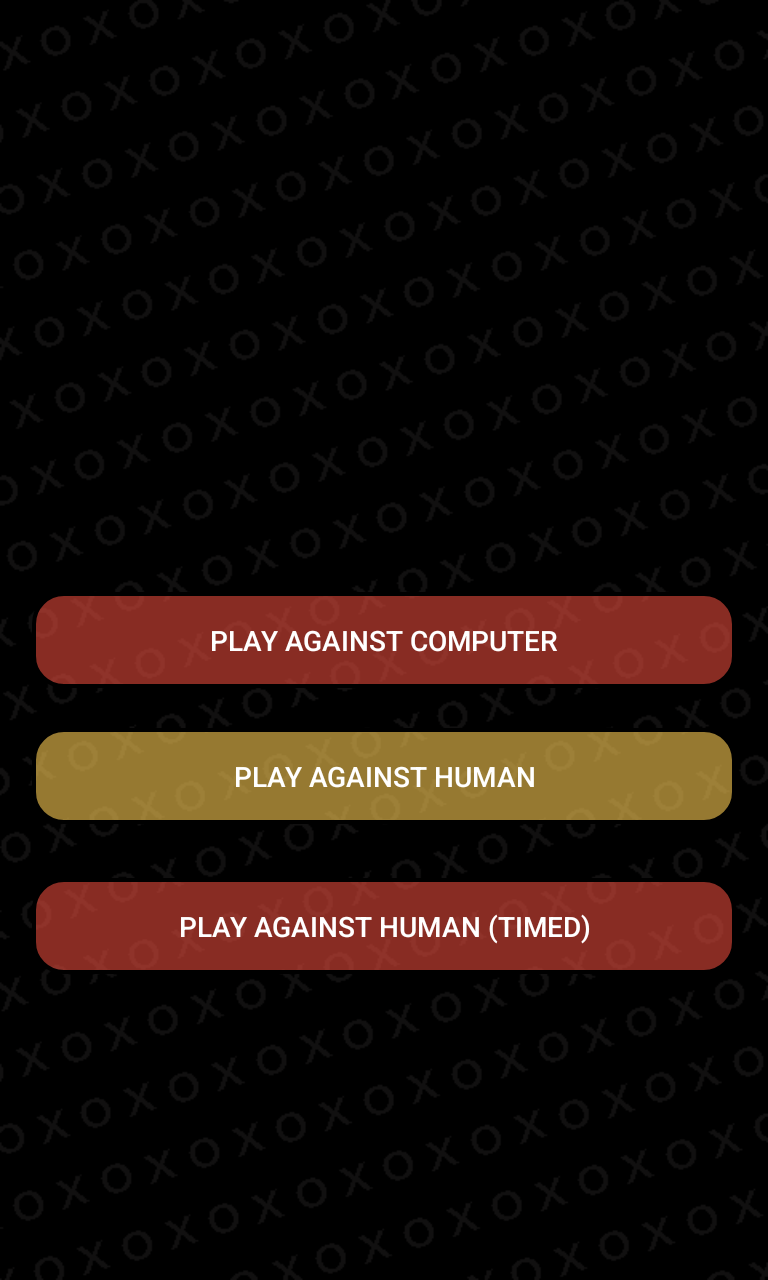
Repository: Dsupreme/MC_tictactoe
Layout: basicgrid/res/layout/activity_game_mode.xml
An editor plug-in stored every save of this project. The layout is shown before and after the next save, followed by the edit.
It is drawn on a 768 x 1280 px phone screen (xhdpi) without system bars, with theme AppTheme; the app's code is not run.

Above is the layout before, as saved 2014-12-02 06:45:43.

### basicgrid/res/layout/activity_game_mode.xml
<RelativeLayout xmlns:android="http://schemas.android.com/apk/res/android"
    xmlns:tools="http://schemas.android.com/tools"
    android:layout_width="match_parent"
    android:layout_height="match_parent"
    android:paddingBottom="@dimen/activity_vertical_margin"
    android:paddingLeft="@dimen/activity_horizontal_margin"
    android:paddingRight="@dimen/activity_horizontal_margin"
    android:paddingTop="@dimen/activity_vertical_margin"
    android:background="@drawable/wallpaper5"
    tools:context="com.example.basicgrid.DisplayMessageActivity" >

    <TextView
        android:id="@+id/declareWinner"
        android:layout_width="fill_parent"
        android:layout_height="wrap_content"
        android:layout_above="@+id/rematch"
        android:layout_marginBottom="20dp"
        android:textColor="#FFF"
        android:gravity="center" />

    <Button
        android:id="@+id/singlePlayer"
        android:layout_width="match_parent"
        android:layout_height="wrap_content"
        android:layout_centerVertical="true"
        android:background="@drawable/button_states_peach"
        android:text="Play Against Computer"
        android:layout_marginBottom="20dp"
        android:textColor="#FFF"/>

    <Button
        android:id="@+id/multiPlayerTimed"
        android:layout_width="match_parent"
        android:layout_height="wrap_content"
        android:layout_alignLeft="@+id/multiPlayer"
        android:layout_below="@+id/multiPlayer"
        android:layout_marginTop="27dp"
        android:background="@drawable/button_states_peach"
        android:gravity="center"
        android:text="Play Against Human (Timed)"
        android:textColor="#FFF" />

    <Button
        android:id="@+id/multiPlayer"
        android:layout_width="match_parent"
        android:layout_height="wrap_content"
        android:layout_alignLeft="@+id/singlePlayer"
        android:layout_below="@+id/singlePlayer"
        android:background="@drawable/button_states_yellow"
        android:gravity="center"
        android:text="Play Against Human"
        android:textColor="#FFF" />

</RelativeLayout>

### basicgrid/res/drawable/button_states_peach.xml
<?xml version="1.0" encoding="utf-8"?>
<selector xmlns:android="http://schemas.android.com/apk/res/android">
    <item android:drawable="@drawable/custom_button_peach_pressed"
          android:state_pressed="true" />
    <item android:drawable="@drawable/custom_button_peach_pressed"
          android:state_focused="true" />
    <item android:drawable="@drawable/custom_button_peach" />
</selector>

### basicgrid/res/drawable/button_states_yellow.xml
<?xml version="1.0" encoding="utf-8"?>
<selector xmlns:android="http://schemas.android.com/apk/res/android">
    <item android:drawable="@drawable/custom_button_yellow_pressed"
          android:state_pressed="true" />
    <item android:drawable="@drawable/custom_button_yellow_pressed"
          android:state_focused="true" />
    <item android:drawable="@drawable/custom_button_yellow" />
</selector>

### basicgrid/res/drawable/custom_button_yellow_pressed.xml
<?xml version="1.0" encoding="utf-8"?>
<layer-list xmlns:android="http://schemas.android.com/apk/res/android" >
    <item android:left="0dp" android:right="0dp"  android:top="0dp"  android:bottom="0dp">
    <shape android:shape="rectangle" >
        <solid android:color="#ffce54"/>
        <corners android:radius="15dp"></corners>
		<padding android:top="7dp" android:bottom="7dp" android:right="7dp" android:left="7dp"/>
    	<stroke android:width="2dp" android:color="#000" />

    </shape>
    </item>
</layer-list>
<!-- #96cca443 -->

### basicgrid/res/drawable/custom_button_yellow.xml
<?xml version="1.0" encoding="utf-8"?>
<layer-list xmlns:android="http://schemas.android.com/apk/res/android" >
    <item android:left="0dp" android:right="0dp"  android:top="0dp"  android:bottom="0dp">
    <shape android:shape="rectangle" >
        <solid android:color="#96ffce54"/>
        <corners android:radius="15dp"></corners>
		<padding android:top="7dp" android:bottom="7dp" android:right="7dp" android:left="7dp"/>
    	<stroke android:width="2dp" android:color="#000" />

    </shape>
    </item>
</layer-list>

### basicgrid/res/drawable/custom_button_peach_pressed.xml
<?xml version="1.0" encoding="utf-8"?>
<layer-list xmlns:android="http://schemas.android.com/apk/res/android" >
    <item android:left="0dp" android:right="0dp"  android:top="0dp"  android:bottom="0dp">
    <shape android:shape="rectangle" >
        <solid android:color="#e74c3c"/>
        <corners android:radius="15dp"></corners>
		<padding android:top="7dp" android:bottom="7dp" android:right="7dp" android:left="7dp"/>
    	<stroke android:width="2dp" android:color="#000" />
    </shape>
    </item>
</layer-list>
<!-- color a1352a-->

### basicgrid/res/drawable/custom_button_peach.xml
<?xml version="1.0" encoding="utf-8"?>
<layer-list xmlns:android="http://schemas.android.com/apk/res/android" >
    <item android:left="0dp" android:right="0dp"  android:top="0dp"  android:bottom="0dp">
    <shape android:shape="rectangle" >
        <solid android:color="#96e74c3c"/>
        <corners android:radius="15dp"></corners>
		<padding android:top="7dp" android:bottom="7dp" android:right="7dp" android:left="7dp"/>
    	<stroke android:width="2dp" android:color="#000" />
    </shape>
    </item>
</layer-list>

Loaded but not shown: basicgrid/res/values/styles.xml (common file); basicgrid/res/values-v11/styles.xml (common file); basicgrid/res/values-v14/styles.xml (common file); basicgrid/res/values/dimens.xml (common file); basicgrid/res/values-w820dp/dimens.xml (common file)

After the next save:
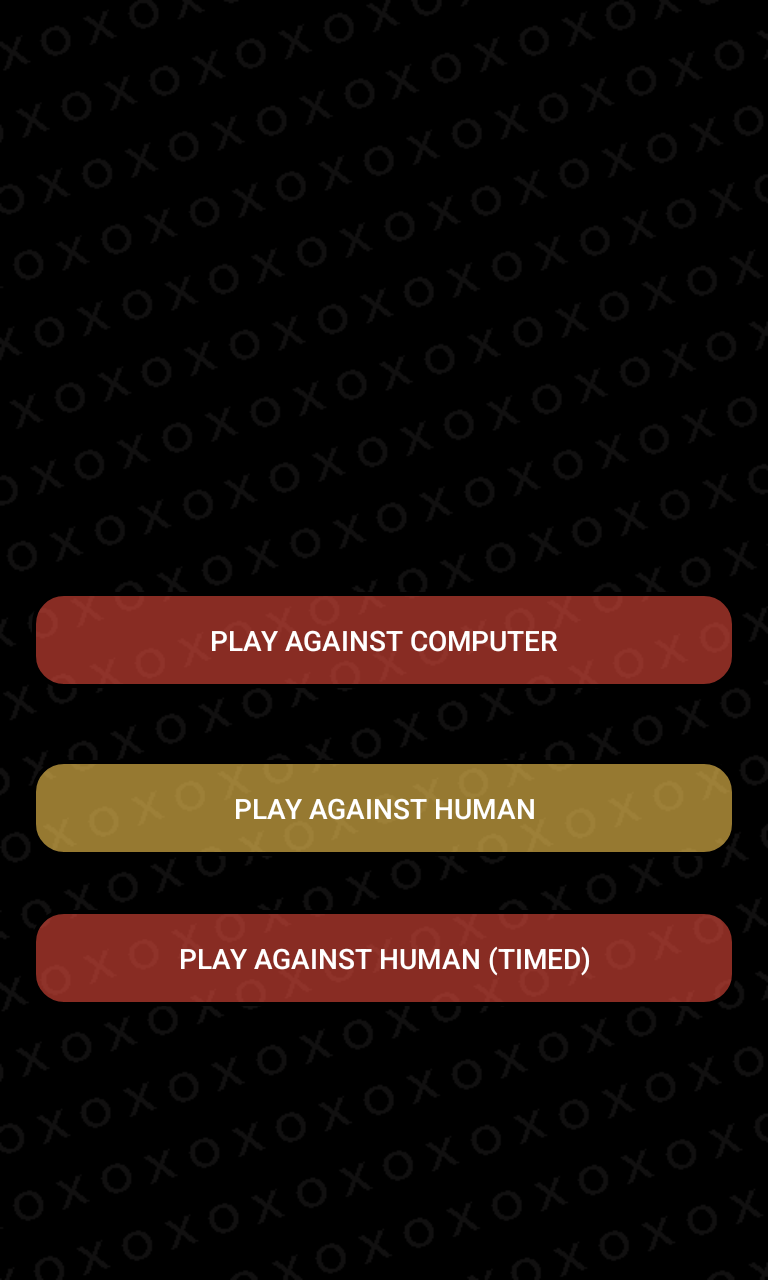
Saved 30 s later.
--- a/basicgrid/res/layout/activity_game_mode.xml
+++ b/basicgrid/res/layout/activity_game_mode.xml
@@ -46,6 +46,7 @@
         android:layout_height="wrap_content"
         android:layout_alignLeft="@+id/singlePlayer"
         android:layout_below="@+id/singlePlayer"
+        android:layout_marginTop="16dp"
         android:background="@drawable/button_states_yellow"
         android:gravity="center"
         android:text="Play Against Human"
